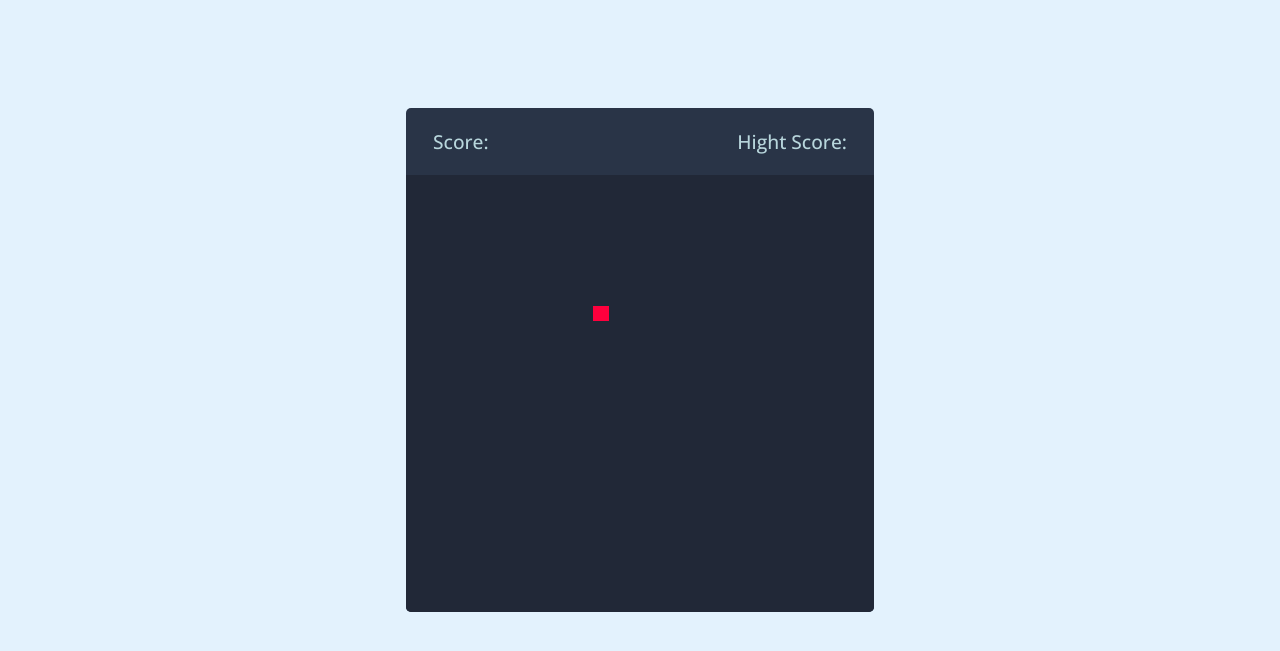
Repository: litaiqiang1407/JS
Page: Snake Game/index.html
The author's editor kept a copy of each file at every save. The page is drawn from the files as they stood at one save, then again after the next save.
The browser window is 1280 px wide. The pictures show the whole page.

Above is the page before, as saved 2023-05-16 19:17:46.

After the next save:
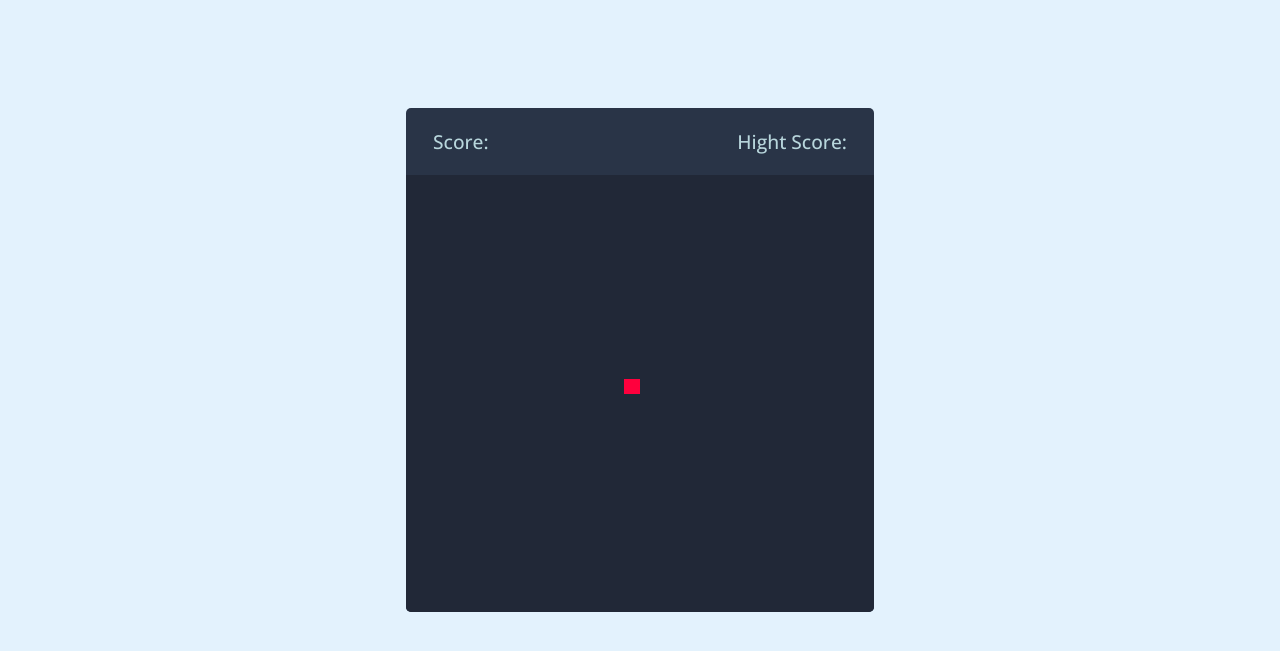
Saved 48 s later.
--- a/Snake Game/script.js
+++ b/Snake Game/script.js
@@ -1,7 +1,7 @@
 const playBoard = document.querySelector(".play-board");
 
-let foodX = 13;
-let foodY = 10;
+let foodX = 15;
+let foodY = 15;
 
 function initGame() {
   const htmlMarkup = `<div class="food" style="grid-area: ${foodY} / ${foodX}"></div>`;
